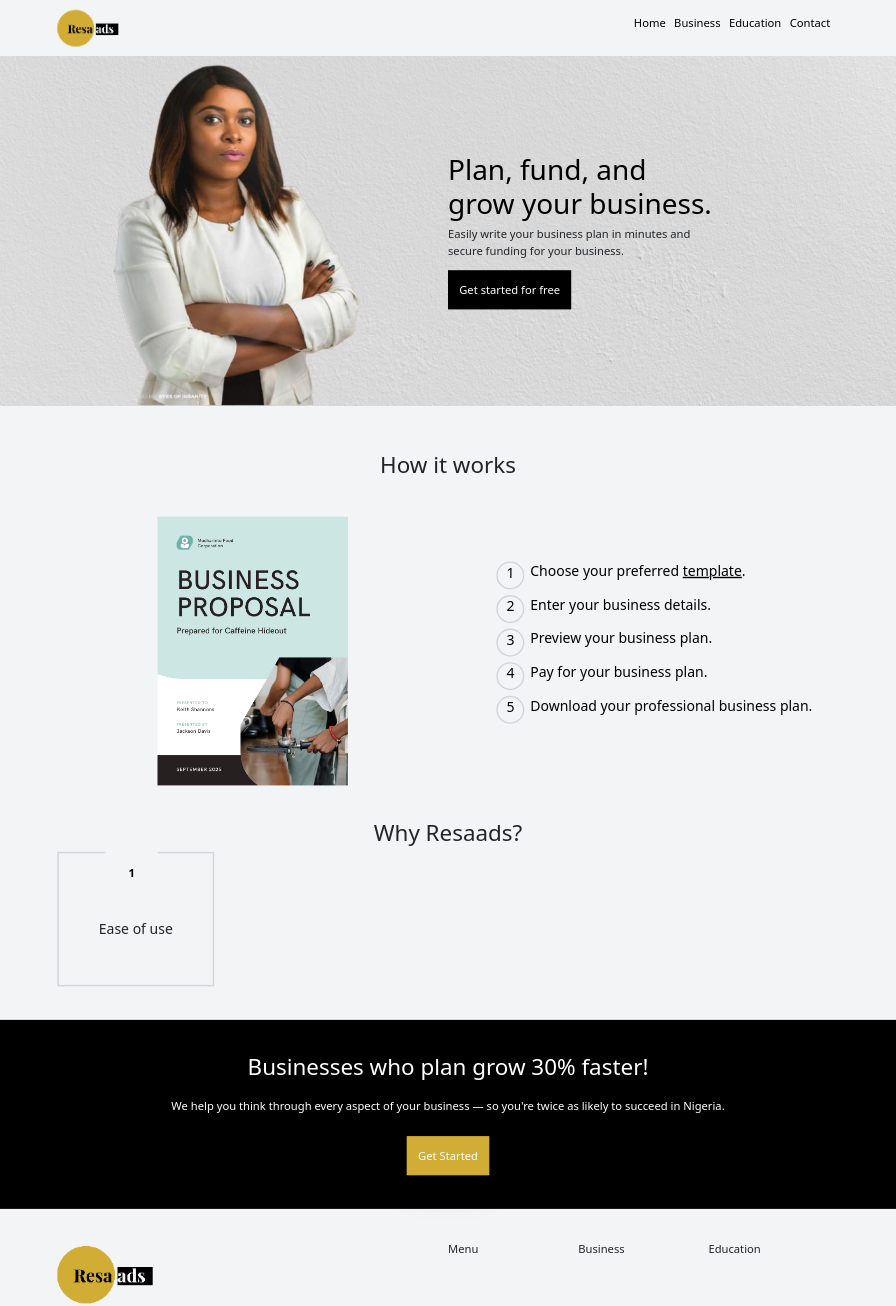
Repository: latenightsnacc/resaads-consults
Page: index.html
The author's editor kept a copy of each file at every save. The page is drawn from the files as they stood at one save, then again after the next save.
The browser window is 1280 px wide. The pictures show the whole page, at 70% of full size.
Some web libraries are served in a nearby version.

Above is the page before, as saved 2021-08-05 13:00:52.

After the next save:
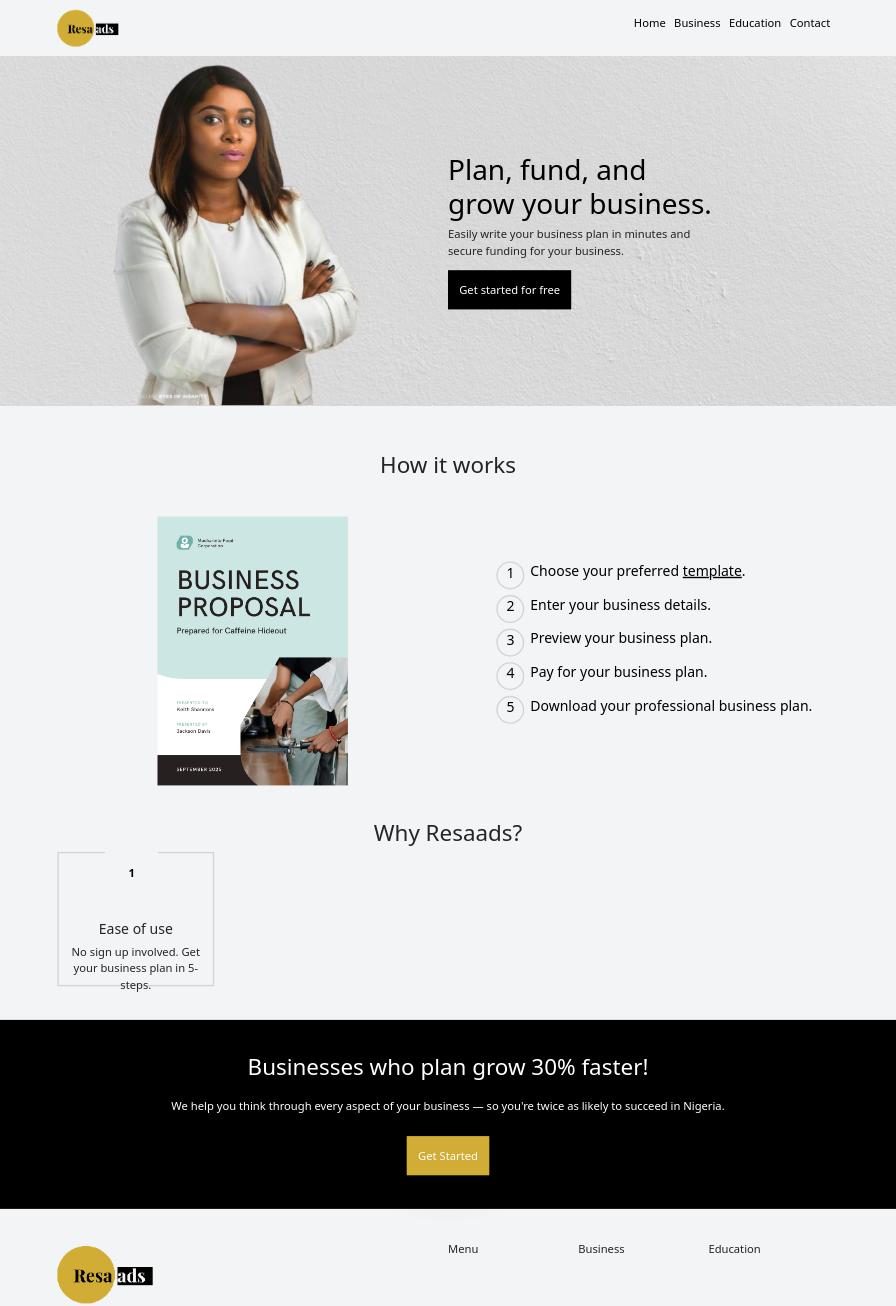
Saved 45 s later.
--- a/index.html
+++ b/index.html
@@ -130,6 +130,7 @@
                             </div>
                             <div class="text-center">
                                 <h5 class="mt-20">Ease of use</h5>
+                                <p>No sign up involved. Get your business plan in 5-steps.</p>
                             </div>
 
                         </div>
